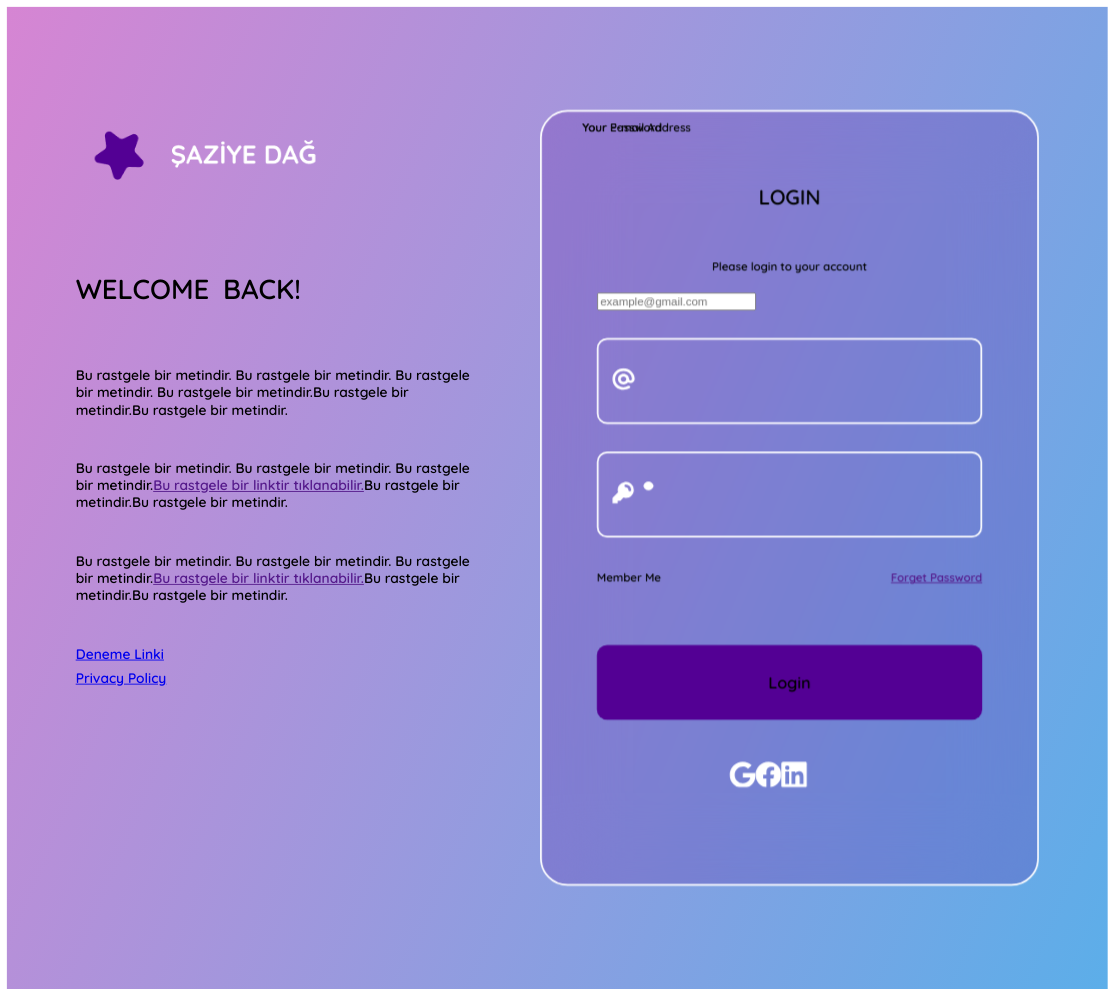
Repository: szydag/login
Page: /
These files come from the project's save history. The page is drawn as it stood at one moment and after the next save; the edit follows.
The browser window is 1280 px wide. The page is 1288 px wide, so the pictures cover 1288 px, including what lies to the right of the window. The pictures show the whole page, at 86% of full size.
The project was rebuilt for these pictures with package versions that can differ from the ones it lists, and the page was loaded fresh each time. Also part of the build but not shown: src/assets/svgr/unhiddenIcon/index.js.

Above is the page before, as saved 2023-10-25 01:08:07.

After the next save:
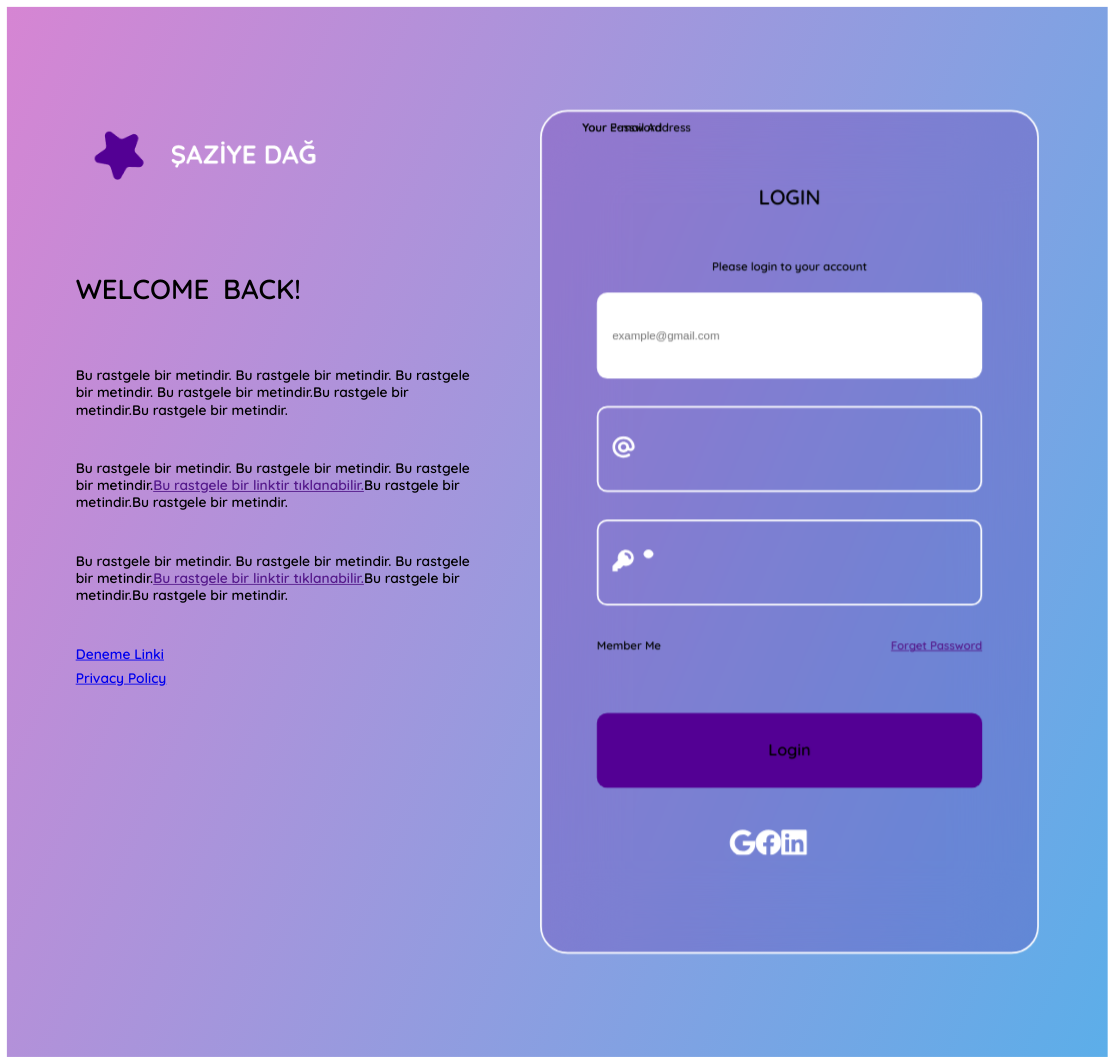
Saved 39 s later.
--- a/src/app/pages/login/index.js
+++ b/src/app/pages/login/index.js
@@ -97,6 +97,7 @@ const LoginPage = () => {
                         className={classes.inputArea}
                     >
                         <input
+                            className={classes.mailInput}
                             type="text"
                             placeholder='example@gmail.com'
                         />
